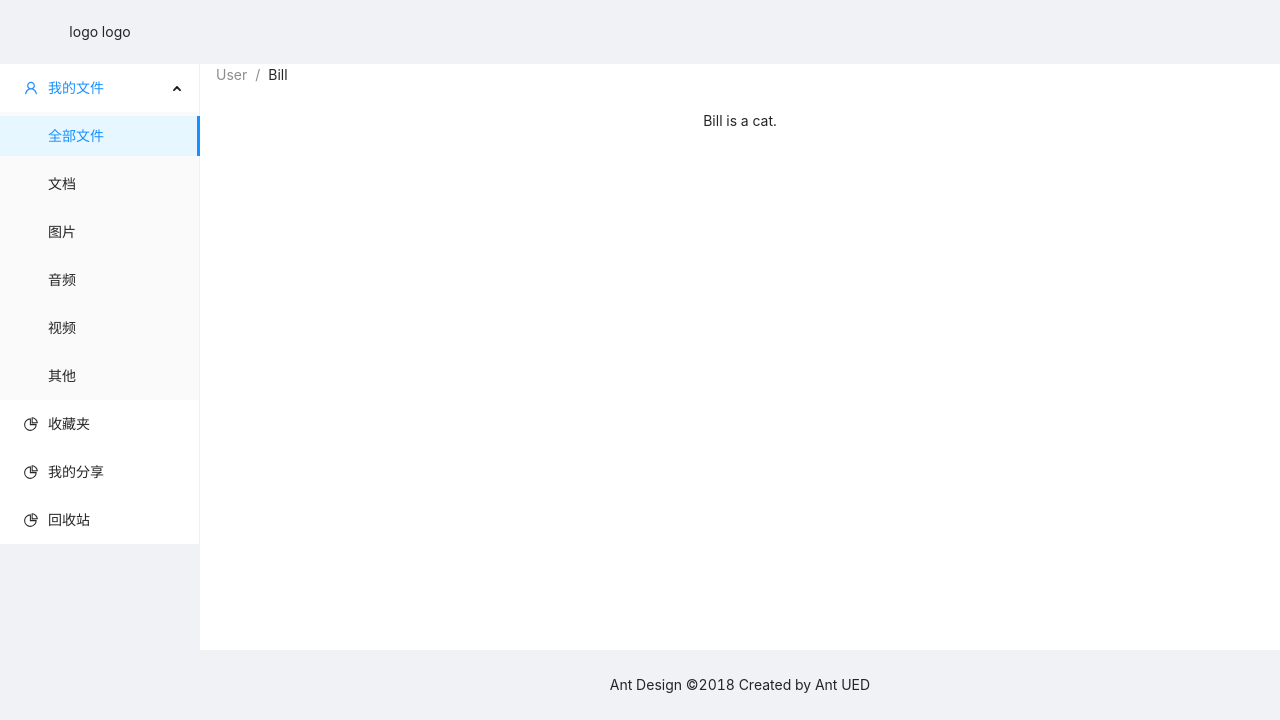
Repository: xstnet/starfire-cloud-fe
Page: /
These files come from the project's save history. The page is drawn as it stood at one moment and after the next save; the edit follows.
The browser window is 1280 px wide. The pictures show the whole page.
The project was rebuilt for these pictures with package versions that can differ from the ones it lists, and the page was loaded fresh each time. Also part of the build but not shown: craco.config.js.

Above is the page before, as saved 2021-09-12 19:10:34.

### src/index.js
import React from 'react';
import ReactDOM from 'react-dom';
import './index.css';
import App from './App';
import reportWebVitals from './reportWebVitals';

// ReactDOM.render(
//   <React.StrictMode>
//     <App />
//   </React.StrictMode>,
//   document.getElementById('root')
// );

ReactDOM.render(
  <App />,
  document.getElementById('root')
);

// If you want to start measuring performance in your app, pass a function
// to log results (for example: reportWebVitals(console.log))
// or send to an analytics endpoint. Learn more: https://bit.ly/CRA-vitals
reportWebVitals();

### src/App.js
import React from 'react';
// import { Button } from 'antd';
import './App.css';
import MainLayout from './page/layout/main'

const App = () => (
  <div className="App">
    <MainLayout></MainLayout>
  </div>
);

export default App;

### src/page/layout/main.jsx
import React from 'react';
import { Layout, Menu, Breadcrumb } from 'antd';
import {
  PieChartOutlined,
  UserOutlined,
} from '@ant-design/icons';
import './main.less';

const { Header, Content, Footer, Sider } = Layout;
const { SubMenu } = Menu;

class MainLayout extends React.Component {
  state = {
    collapsed: false,
  };


  render() {
    const { collapsed } = this.state;
    return (
      <Layout className="main" style={{ minHeight: '100vh' }}>
        <Sider className="side-left" theme="light" >
          <div className="logo">
              logo logo
          </div>
          <Menu defaultSelectedKeys={['all']} defaultOpenKeys={["my-file"]} mode="inline">
            <SubMenu key="my-file" icon={<UserOutlined />} title="我的文件">
              <Menu.Item key="all">全部文件</Menu.Item>
              <Menu.Item key="doc">文档</Menu.Item>
              <Menu.Item key="imgage">图片</Menu.Item>
              <Menu.Item key="audio">音频</Menu.Item>
              <Menu.Item key="video">视频</Menu.Item>
              <Menu.Item key="other">其他</Menu.Item>
            </SubMenu>
            <Menu.Item key="favorite" icon={<PieChartOutlined />}>
              收藏夹
            </Menu.Item>
            <Menu.Item key="share" icon={<PieChartOutlined />}>
              我的分享
            </Menu.Item>
            <Menu.Item key="recycle" icon={<PieChartOutlined />}>
              回收站
            </Menu.Item>
          </Menu>
        </Sider>
        <Layout className="side-right">
          <Header className="header"/>
          <Breadcrumb className="bread-crumb">
              <Breadcrumb.Item>User</Breadcrumb.Item>
              <Breadcrumb.Item>Bill</Breadcrumb.Item>
          </Breadcrumb>
          <Content className="content">
            <div  style={{ padding: 24, minHeight: 360 }}>
              Bill is a cat.
            </div>
          </Content>
          <Footer style={{ textAlign: 'center' }}>Ant Design ©2018 Created by Ant UED</Footer>
        </Layout>
      </Layout>
    );
  }
}

export default MainLayout;

### src/page/layout/main.less
 .logo {
    height: 64px;
    line-height: 64px;
    text-align: center;
  }


  .main {
    .side-left {
      background: #f0f2f5;
    }

    .side-right {
      background-color: white;

      .header {
        background: #f0f2f5;
        background: #f0f2f5;
        padding: 0;
      }

      .content {
        margin: 0 16px;
      }

      .bread-crumb {
        margin: 0 16px;
      }
    }
  }

Loaded but not shown: public/index.html (common file); src/index.css (common file); src/reportWebVitals.js (common file); src/App.css (common file)

After the next save:
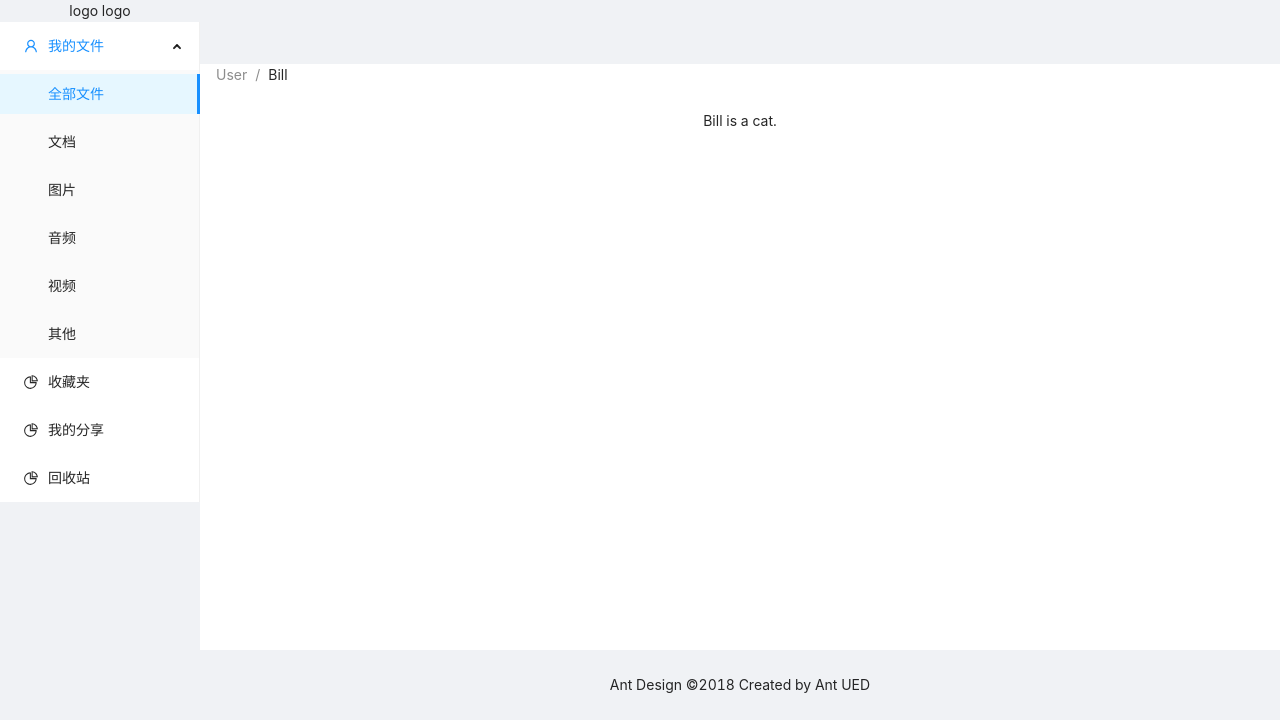
Saved 18 s later.
--- a/src/page/layout/main.less
+++ b/src/page/layout/main.less
@@ -1,8 +1,4 @@
- .logo {
-    height: 64px;
-    line-height: 64px;
-    text-align: center;
-  }
+
 
 
   .main {

After the save that followed:
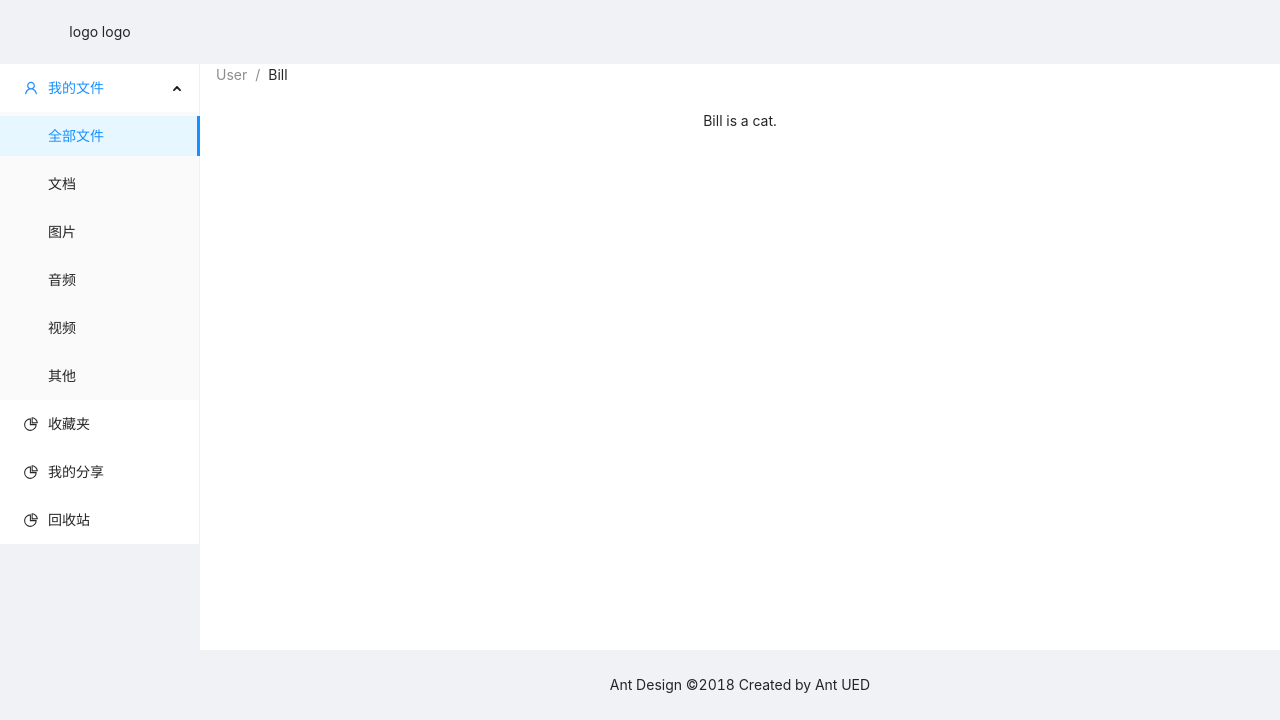
Saved 4 s later.
--- a/src/page/layout/main.less
+++ b/src/page/layout/main.less
@@ -4,6 +4,12 @@
   .main {
     .side-left {
       background: #f0f2f5;
+
+      .logo {
+        height: 64px;
+        line-height: 64px;
+        text-align: center;
+      }
     }
 
     .side-right {
